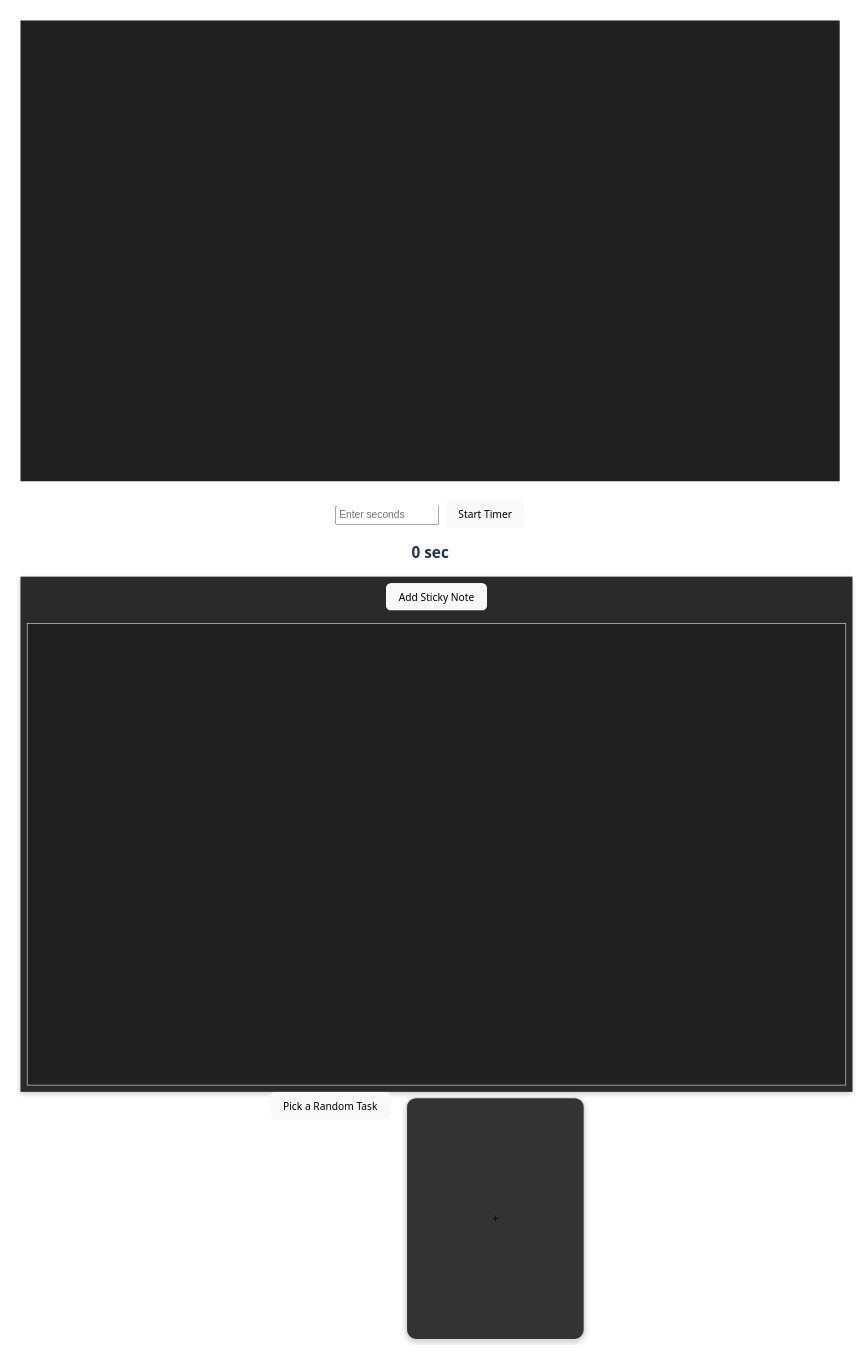
Repository: RamSivaSundaraKarthykeyan/Cards-Task
Page: /
An editor plug-in stored every save of this project. The page is shown before and after the next save, followed by the edit.
The browser window is 1280 px wide. The page is 1344 px wide, so the pictures cover 1344 px, including what lies to the right of the window. The pictures show the whole page, at 64% of full size.
The project was rebuilt for these pictures with package versions that can differ from the ones it lists, and the page was loaded fresh each time. Also part of the build but not shown: vite.config.js, src/CSS/checkBox.css, src/components/CheckBox.jsx, src/CSS/TaskCard.css, src/components/TaskCard.jsx.

Above is the page before, as saved 2025-04-16 19:41:38.

After the next save:
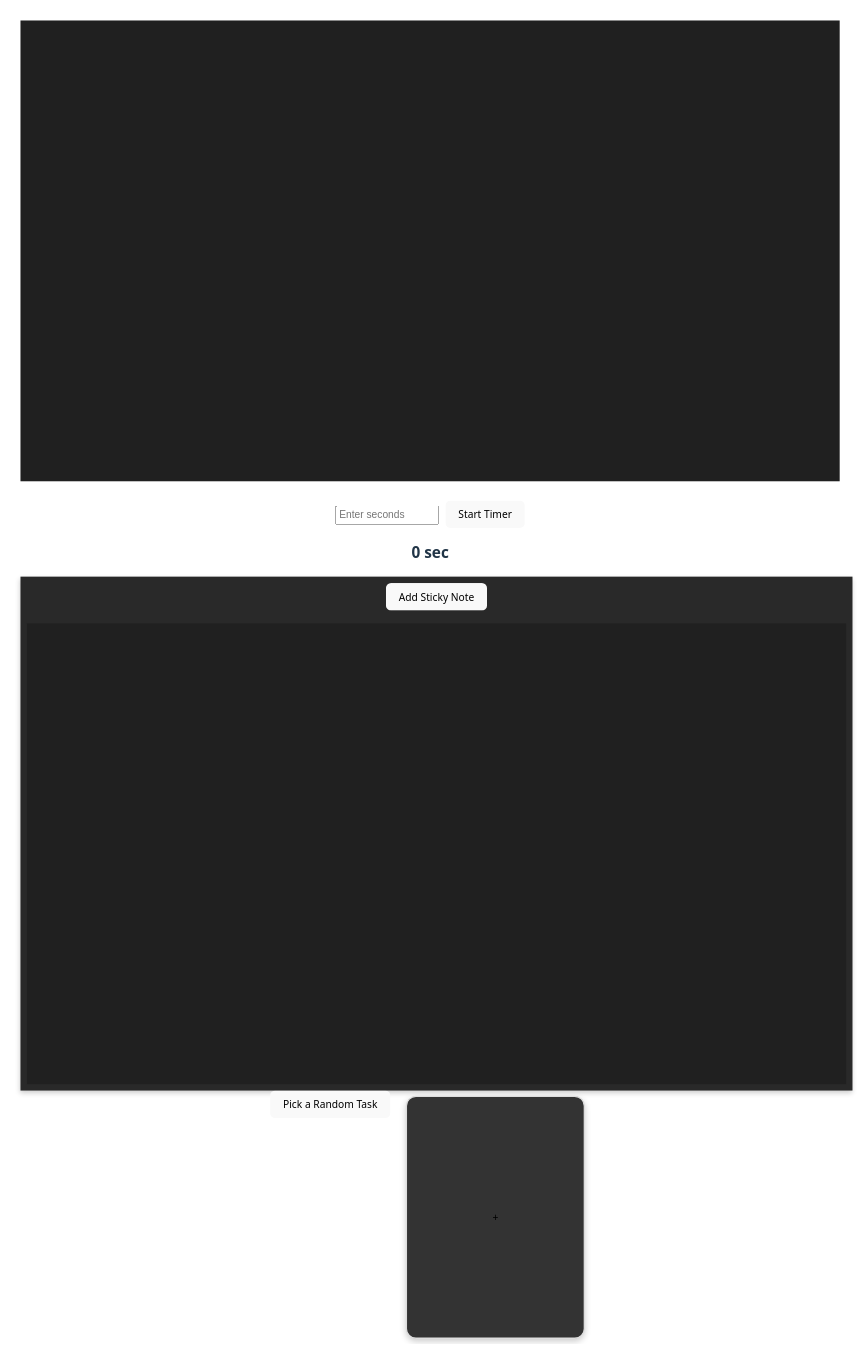
Saved 50 s later.
--- a/src/components/StickyNotes.jsx
+++ b/src/components/StickyNotes.jsx
@@ -69,7 +69,7 @@ function StickyNotes() {
         style={{
           position: "relative",
           height: "100vh",
-          border: "1px solid #ddd",
+          border: "none",
           background: "#202020",
         }}
       >
